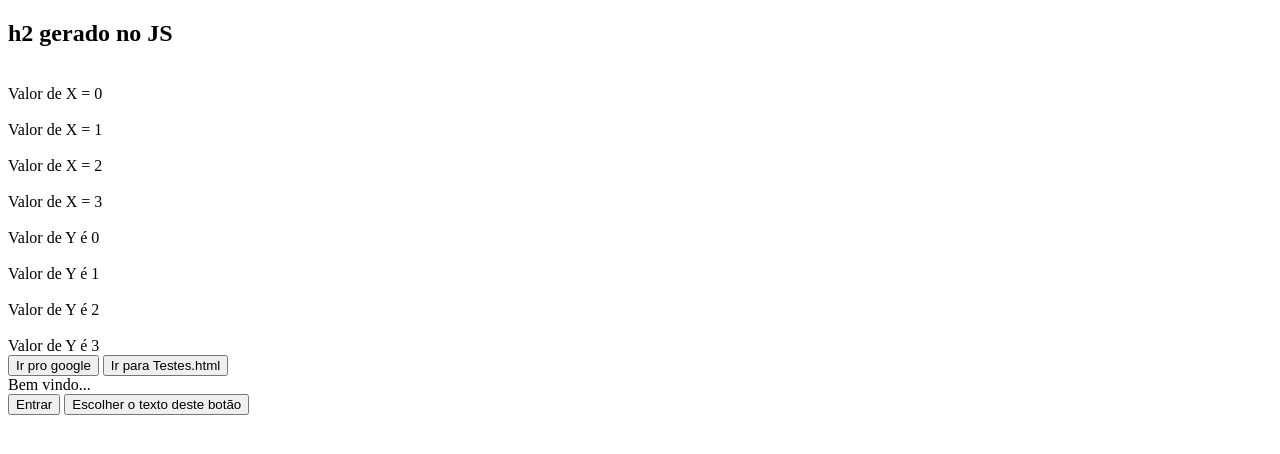
Repository: joaoaspimienta/Testes-e-estudo-de-ReactJS
Page: src/Anotações.html
The author's editor kept a copy of each file at every save. The page is drawn from the files as they stood at one save, then again after the next save.
The browser window is 1280 px wide. The pictures show the whole page.

Above is the page before, as saved 2021-12-27 20:12:40.

After the next save:
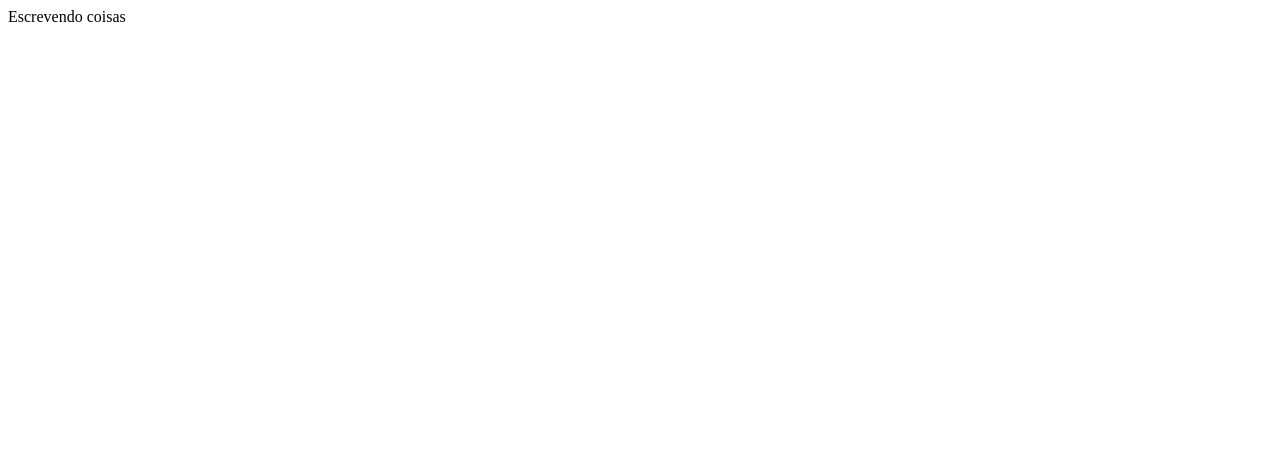
Saved 30 s later.
--- a/src/script.js
+++ b/src/script.js
@@ -37,3 +37,5 @@ function writeForever(){
 }
 
 //setInterval(writeForever, 1000) //write eterno
+
+setTimeout(writeForever, 3000) //1 write com delay

After the save that followed:
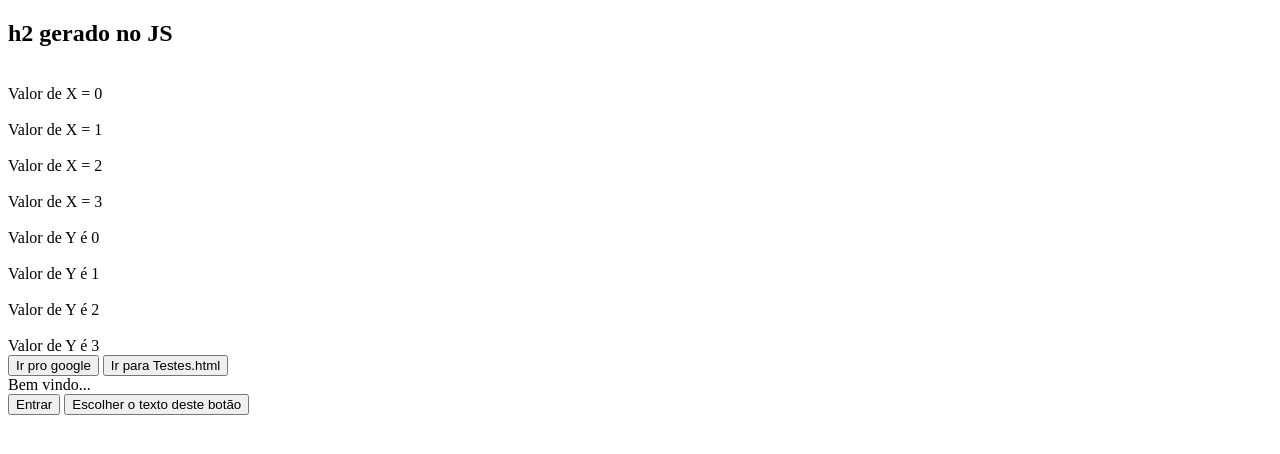
Saved 11 s later.
--- a/src/script.js
+++ b/src/script.js
@@ -38,4 +38,4 @@ function writeForever(){
 
 //setInterval(writeForever, 1000) //write eterno
 
-setTimeout(writeForever, 3000) //1 write com delay
+//setTimeout(writeForever, 3000) //1 write com delay
